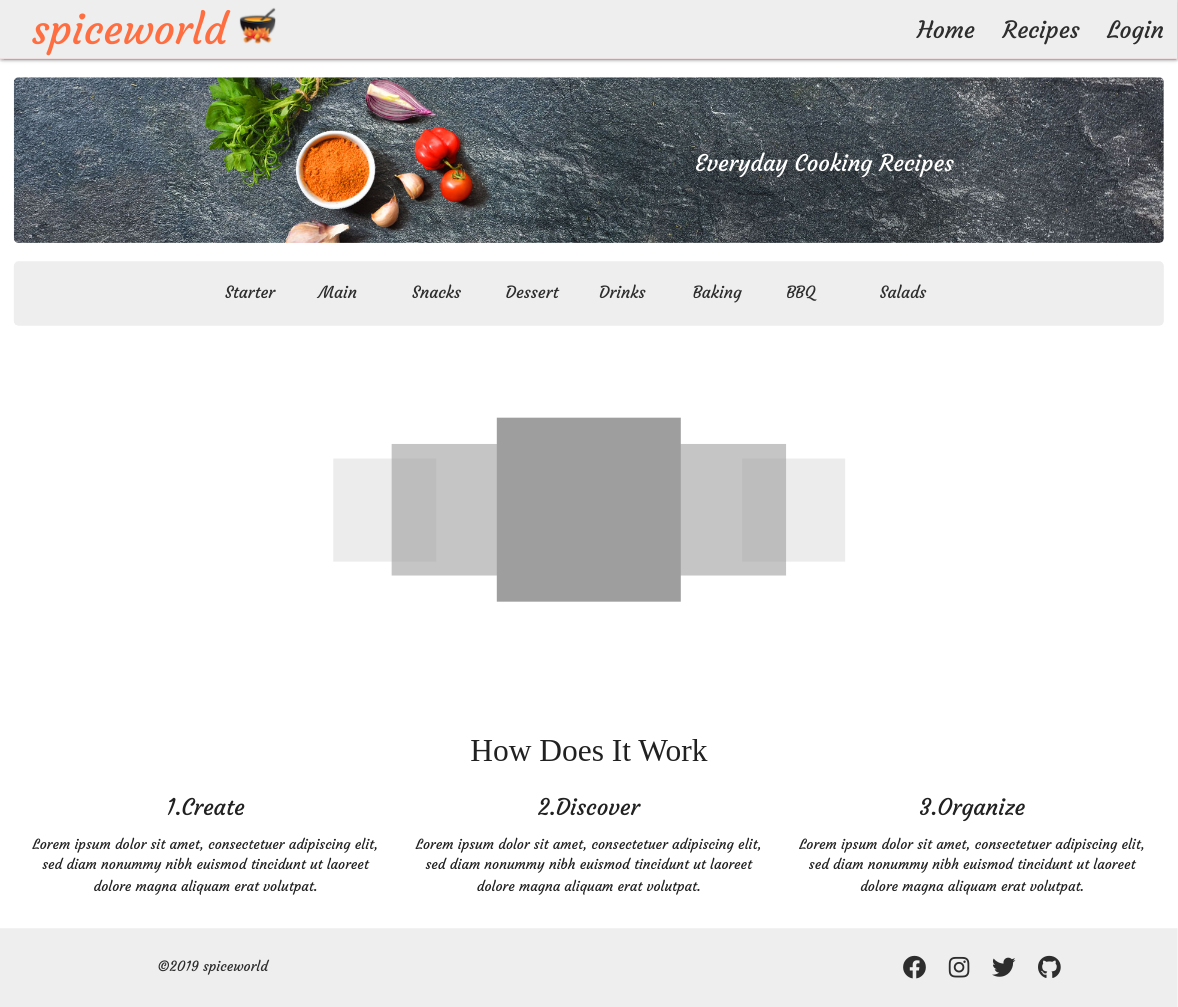
Repository: stephyraju/spiceworld
Page: http://localhost/
The author's editor kept a record of every edit. The page is drawn from the files as they stood at one moment, then again after the next edit.
The browser window is 1280 px wide. The pictures show the whole page, at 92% of full size.
Pictures or frames that could not be fetched are drawn as grey boxes. Some web libraries are served in a nearby version. The page is served by the project's application, run on Flask 3 (app.py). Queries for data that is not in the repository find no rows.

Above is the page before.

After the next edit:
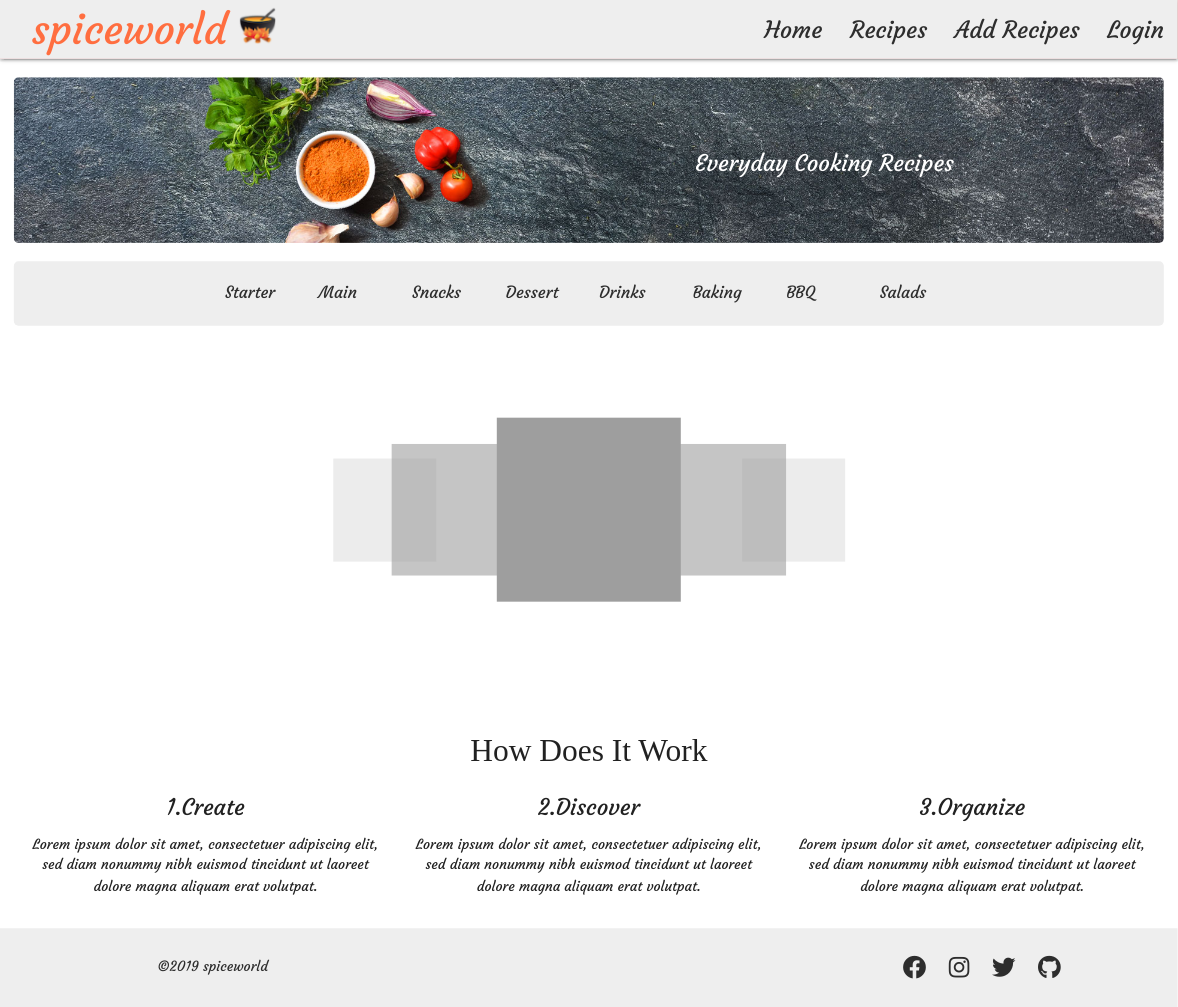
The edit:
--- a/templates/base.html
+++ b/templates/base.html
@@ -29,7 +29,9 @@
         <ul id="nav-mobile" class="right hide-on-med-and-down">
           <li><a href="{{ url_for('get_recipes') }}">Home</a></li>
           <li><a href="{{ url_for('view_recipes') }}">Recipes</a></li>
+          <li><a href="{{ url_for('view_recipes') }}">Add Recipes</a></li>
           <li><a href="collapsible.html">Login</a></li>
+
         </ul>
       </div>
     </nav>
